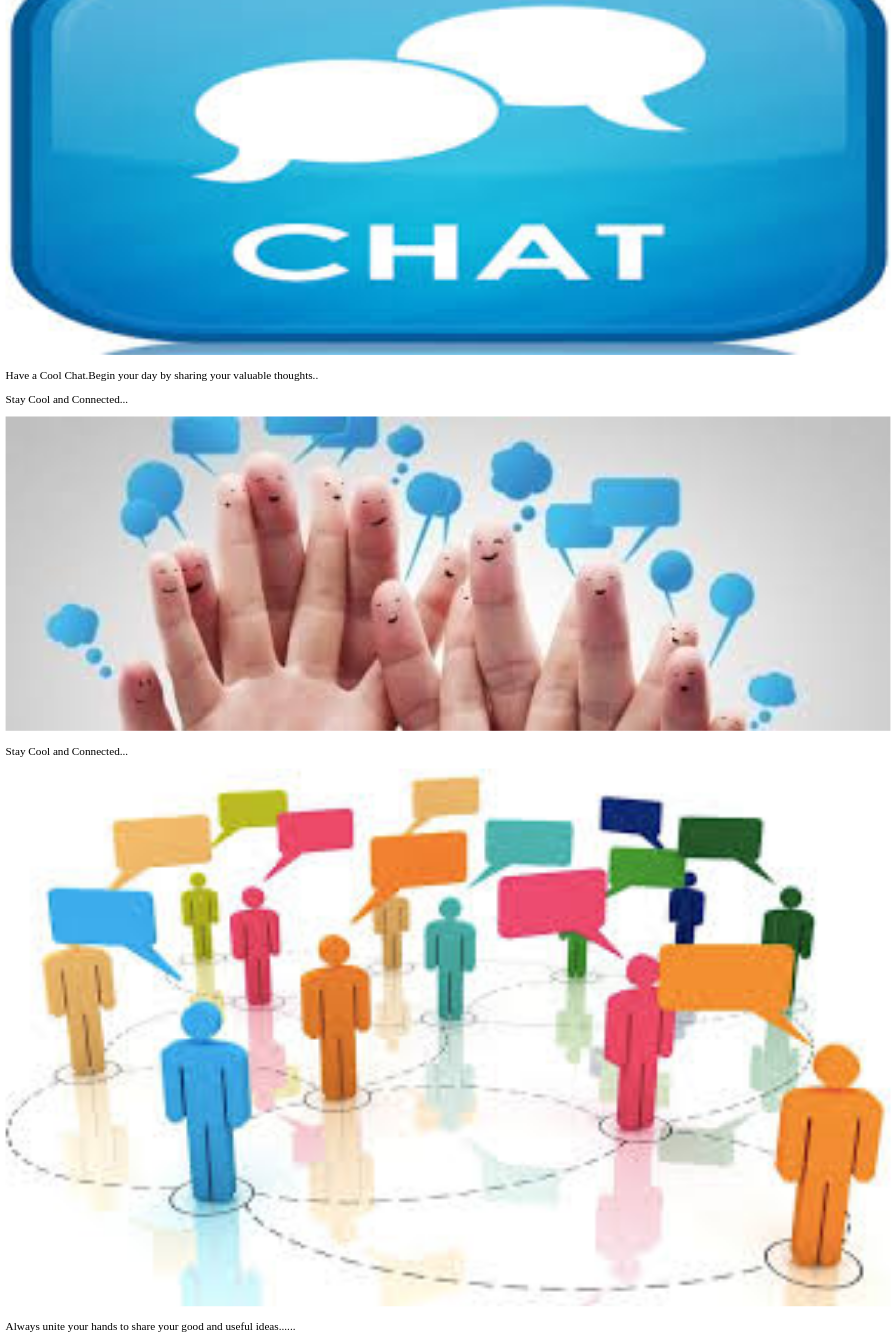
Repository: Abinayasivapraba/ChatProject
Page: FireChat/WebContent/Home/Home.html
These files come from the project's save history. The page is drawn as it stood at one moment and after the next save; the edit follows.
The browser window is 1280 px wide. The pictures show the part of the page from y = 2740 to 4660 px (the page is 4660 px tall before and 4618 px after), at 70% of full size.

Above is the page before, as saved 2017-08-13 06:05:10.

### FireChat/WebContent/Home/Home.html
<!DOCTYPE html>
<html>
<head>
<meta charset="ISO-8859-1">
<title>ChatZone</title>
</head>
<body>
<div class="container">
    <div id="container" class="row">
		<div class="col-md-4 mix category-a">
		    <div class="single-portfolio">
				<img src="resources/chat1.jpg" alt="Students" style="width:100%;">
                <p>You can start your own live chat..Stay Connected</p>
	    </div>
		</div>

		<div id="container" class="row">
		<div class="col-md-4 mix category-a">
		    <div class="single-portfolio">
				<img src="resources/chat2.png" alt="Students" style="width:100%;">
                <p>Share your valuable ideas in the group..</p>
	    </div>
		</div>


		<div class="col-md-4 mix category-a">
		    <div class="single-portfolio">
				<img src="resources/chat3.jpg" alt="Students" style="width:100%;">
                <p>Have a Cool Chat.Begin your day by sharing your valuable thoughts..</p>
	    </div>
		</div>


		<div class="col-md-4 mix category-a">
		    <div class="single-portfolio">
		    <p>Stay Cool and Connected...</p>
				<img src="resources/chat7.jpg" alt="Students" style="width:100%;">
                <p>Stay Cool and Connected...</p>
	    </div>
		</div>



		<div class="col-md-4 mix category-a">
		    <div class="single-portfolio">
				<img src="resources/chat5.jpg" alt="Students" style="width:100%;">
                <p>Always unite your hands to share your good and useful ideas......</p>
	    </div>
		</div>



			</div>
	</div>
	</div>

</body>
</html>

After the next save:
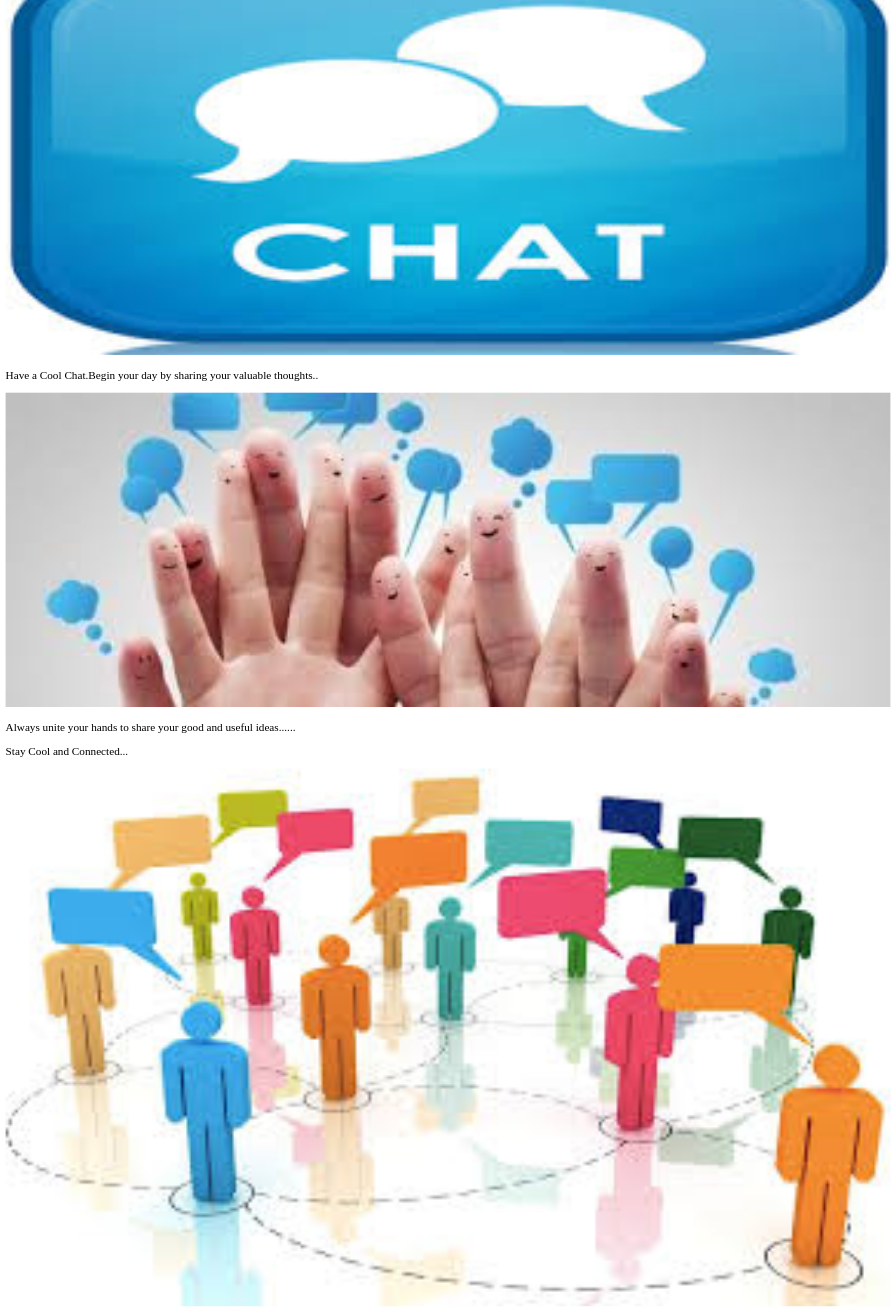
Saved 110 s later.
--- a/FireChat/WebContent/Home/Home.html
+++ b/FireChat/WebContent/Home/Home.html
@@ -31,22 +31,24 @@
 		</div>
 
 
-		<div class="col-md-4 mix category-a">
-		    <div class="single-portfolio">
-		    <p>Stay Cool and Connected...</p>
-				<img src="resources/chat7.jpg" alt="Students" style="width:100%;">
-                <p>Stay Cool and Connected...</p>
-	    </div>
-		</div>
 
 
 
 		<div class="col-md-4 mix category-a">
 		    <div class="single-portfolio">
-				<img src="resources/chat5.jpg" alt="Students" style="width:100%;">
+				<img src="resources/chat7.jpg" alt="Students" style="width:100%;">
                 <p>Always unite your hands to share your good and useful ideas......</p>
 	    </div>
 		</div>
+
+		<div class="col-md-4 mix category-a">
+		    <div class="single-portfolio">
+		    <p>Stay Cool and Connected...</p>
+		       <img src="resources/chat5.jpg" alt="Students" style="width:100%;">
+
+	    </div>
+		</div>
+
 
 
 
